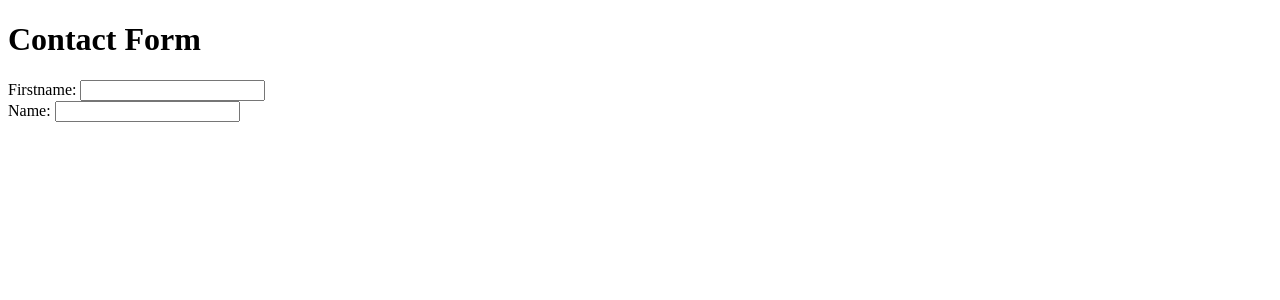
Repository: cronopi/django
Page: Training-Python-Django-0 1/ex02/form.html
These files come from the project's save history. The page is drawn as it stood at one moment and after the next save; the edit follows.
The browser window is 1280 px wide. The pictures show the whole page.

Above is the page before, as saved 2026-03-10 13:29:47.

### Training-Python-Django-0 1/ex02/form.html
<!DOCTYPE html>
<html>

<head>
	<meta charset="UTF-8">
	<title>Contact Form</title>
</head>

<body>
	<h1>Contact Form</h1>

	<form>
		<label>Firstname: <input type="text" id="firstname"></label><br>
		<label>Name: <input type="text" id="name"></label><br>
	</form>

	<script src="popup.js"></script>
</body>

</html>

### Training-Python-Django-0 1/ex02/popup.js
function displayFormContents() {

	var out = '';

	out += 'Firstname = ' + document.getElementById('firstname').value + '\n';
	out += 'Name = '      + document.getElementById('name').value      + '\n';
	out += 'Phone = '     + document.getElementById('phone').value     + '\n';
	out += 'Age = '       + document.getElementById('age').value       + '\n';
	out += 'Email = '     + document.getElementById('email').value     + '\n';

	out += 'Gender = ';
	if (document.getElementById('gender_male').checked == true)
		out += document.getElementById('gender_male').value;
	if (document.getElementById('gender_female').checked == true)
		out += document.getElementById('gender_female').value;
	if (document.getElementById('gender_other').checked == true)
		out += document.getElementById('gender_other').value;
	out += '\n';

	if (document.getElementById('student').checked == true)
		out += 'Student at 42 = yes';
	else
		out += 'Student at 42 = no';

	alert(out);

}

After the next save:
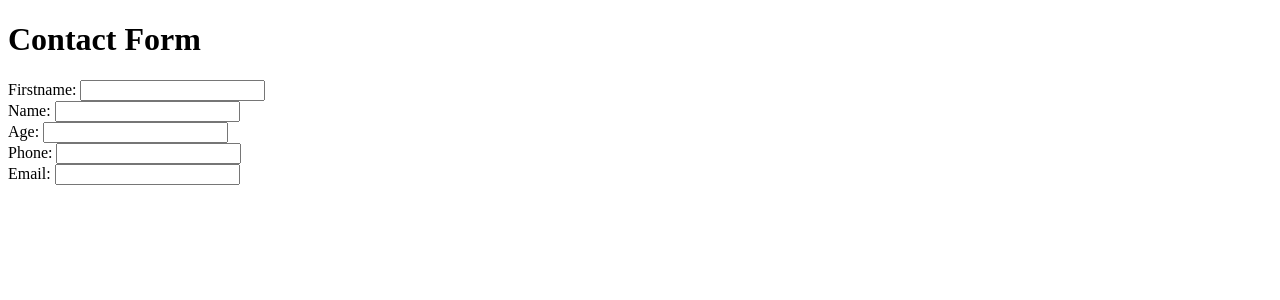
Saved 2 min 57 s later.
--- a/Training-Python-Django-0 1/ex02/form.html
+++ b/Training-Python-Django-0 1/ex02/form.html
@@ -12,6 +12,9 @@
 	<form>
 		<label>Firstname: <input type="text" id="firstname"></label><br>
 		<label>Name: <input type="text" id="name"></label><br>
+		<label>Age: <input type="number" id="age"></label><br>
+		<label>Phone: <input type="tel" id="phone"></label><br>
+		<label>Email: <input type="email" id="email"></label><br>
 	</form>
 
 	<script src="popup.js"></script>
